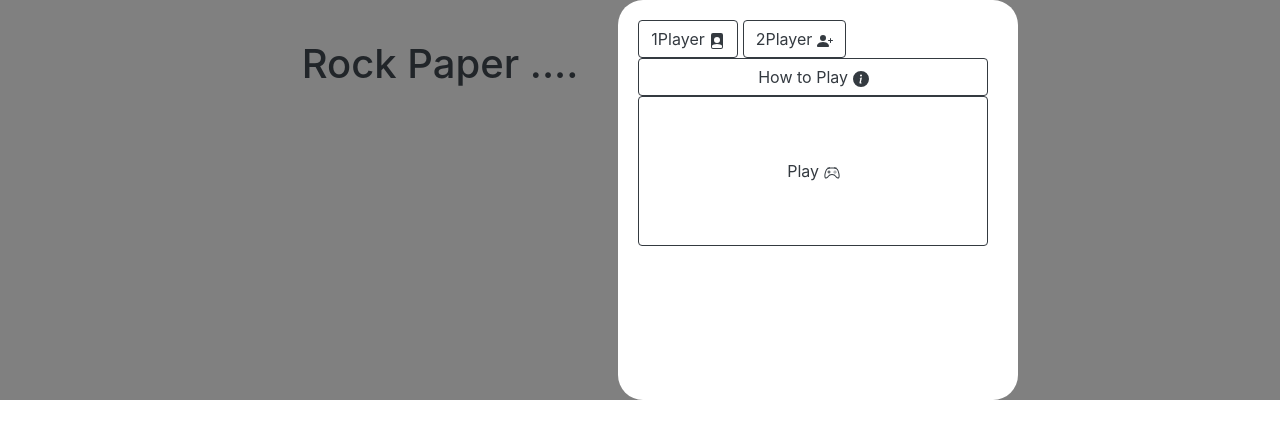
Repository: hossamsulleman1/Colllege-rock-paper-game
Page: index.html
The author's editor kept a copy of each file at every save. The page is drawn from the files as they stood at one save, then again after the next save.
The browser window is 1280 px wide. The pictures show the whole page.

Above is the page before, as saved 2020-09-15 10:44:02.
Console error: SyntaxError: Unexpected token '<'

After the next save:
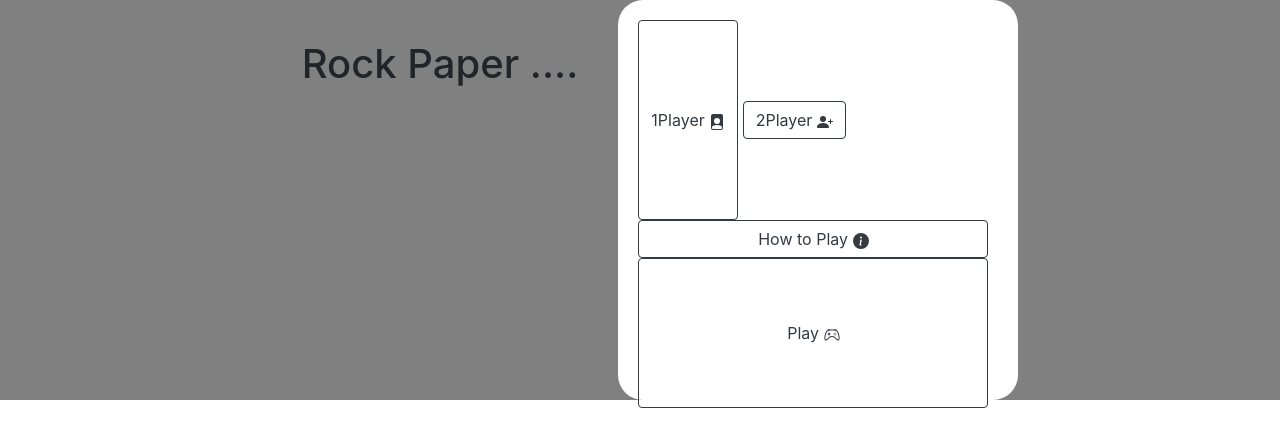
Saved 7 s later.
--- a/index.html
+++ b/index.html
@@ -12,7 +12,7 @@
    <div class="wall">
       <h1 style="padding: 40px; text-align: center;">Rock Paper .... </h1>
     <div class="mainCard">
-<button style="200px"class="btn btn-outline-dark">
+<button style="height: 200px;"class="btn btn-outline-dark">
     1Player
     <svg width="1em" height="1em" viewBox="0 0 16 16" class="bi bi-file-person-fill" fill="currentColor" xmlns="http://www.w3.org/2000/svg">
         <path fill-rule="evenodd" d="M12 0H4a2 2 0 0 0-2 2v12a2 2 0 0 0 2 2h8a2 2 0 0 0 2-2V2a2 2 0 0 0-2-2zm-1 7a3 3 0 1 1-6 0 3 3 0 0 1 6 0zm-3 4c2.623 0 4.146.826 5 1.755V14a1 1 0 0 1-1 1H4a1 1 0 0 1-1-1v-1.245C3.854 11.825 5.377 11 8 11z"/>

After the save that followed:
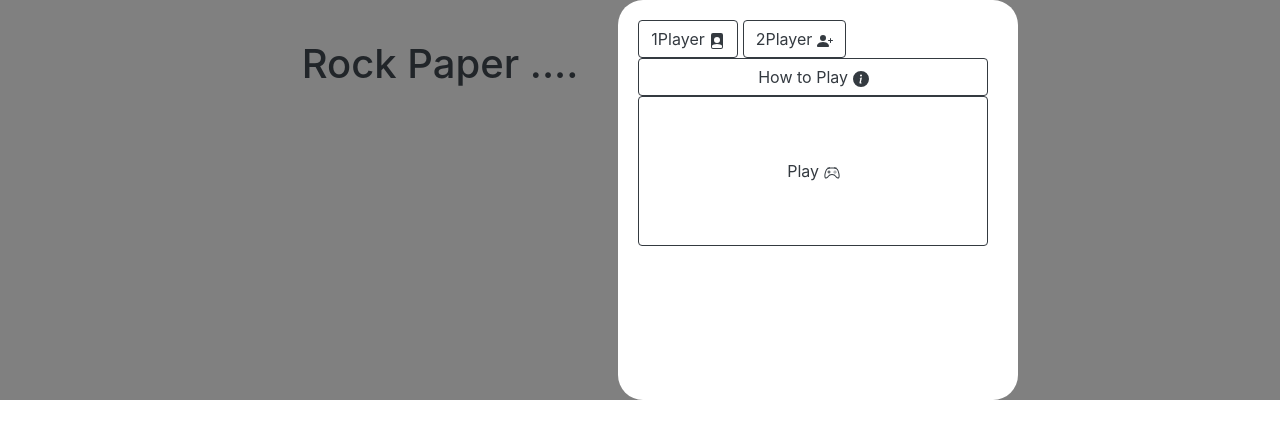
Saved 4 s later.
--- a/index.html
+++ b/index.html
@@ -12,7 +12,7 @@
    <div class="wall">
       <h1 style="padding: 40px; text-align: center;">Rock Paper .... </h1>
     <div class="mainCard">
-<button style="height: 200px;"class="btn btn-outline-dark">
+<button style="height: 150;"class="btn btn-outline-dark">
     1Player
     <svg width="1em" height="1em" viewBox="0 0 16 16" class="bi bi-file-person-fill" fill="currentColor" xmlns="http://www.w3.org/2000/svg">
         <path fill-rule="evenodd" d="M12 0H4a2 2 0 0 0-2 2v12a2 2 0 0 0 2 2h8a2 2 0 0 0 2-2V2a2 2 0 0 0-2-2zm-1 7a3 3 0 1 1-6 0 3 3 0 0 1 6 0zm-3 4c2.623 0 4.146.826 5 1.755V14a1 1 0 0 1-1 1H4a1 1 0 0 1-1-1v-1.245C3.854 11.825 5.377 11 8 11z"/>
